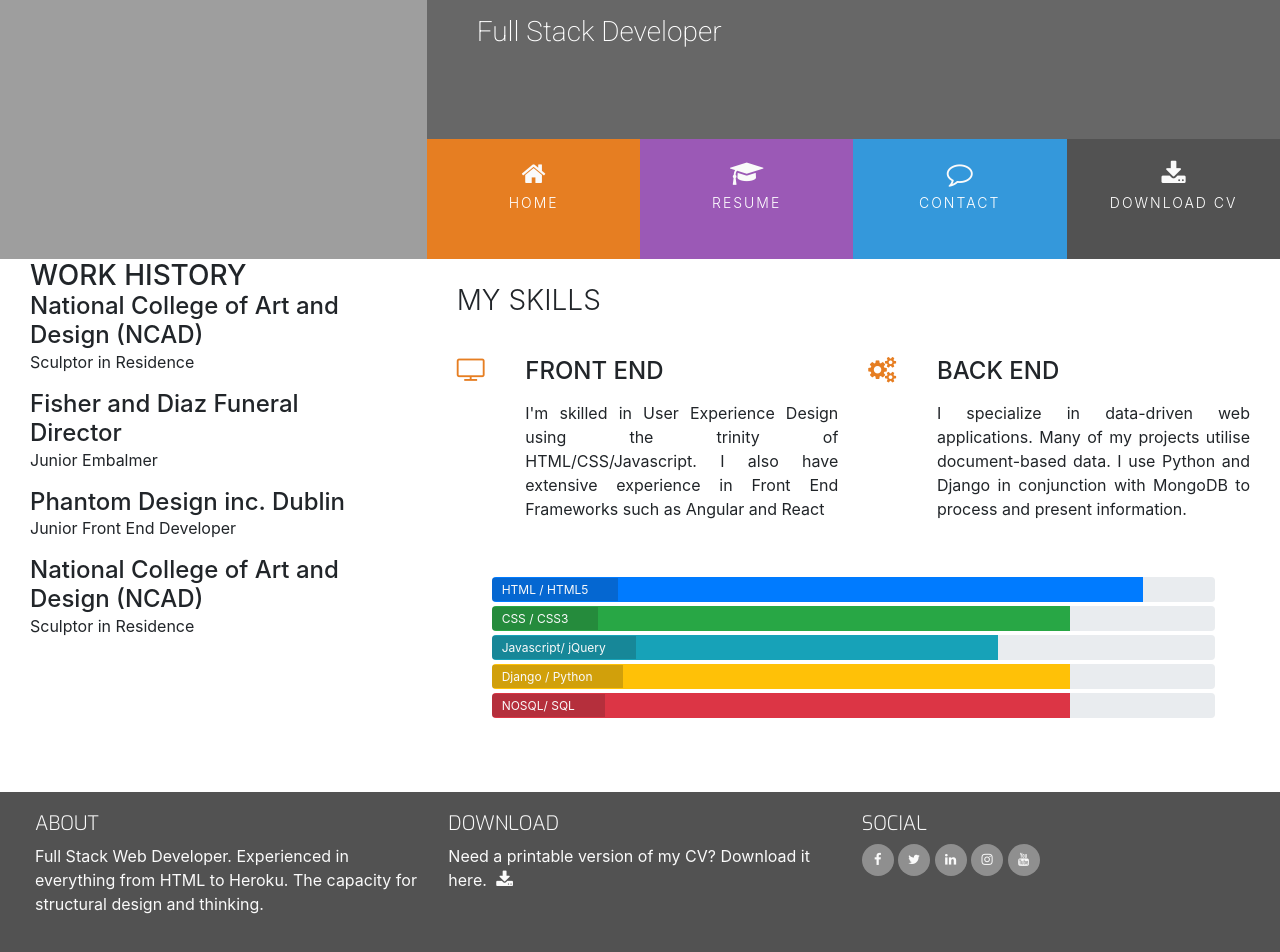
Repository: SimonGeorgeNZ/UCD-Resume
Page: resume.html
The author's editor kept a record of every edit. The page is drawn from the files as they stood at one moment, then again after the next edit.
The browser window is 1280 px wide. The pictures show the part of the page from y = 110 to 1062 px (the page is 1062 px tall).
Pictures or frames that could not be fetched are drawn as grey boxes. Some web libraries are served in a nearby version.

Above is the page before.

After the next edit:
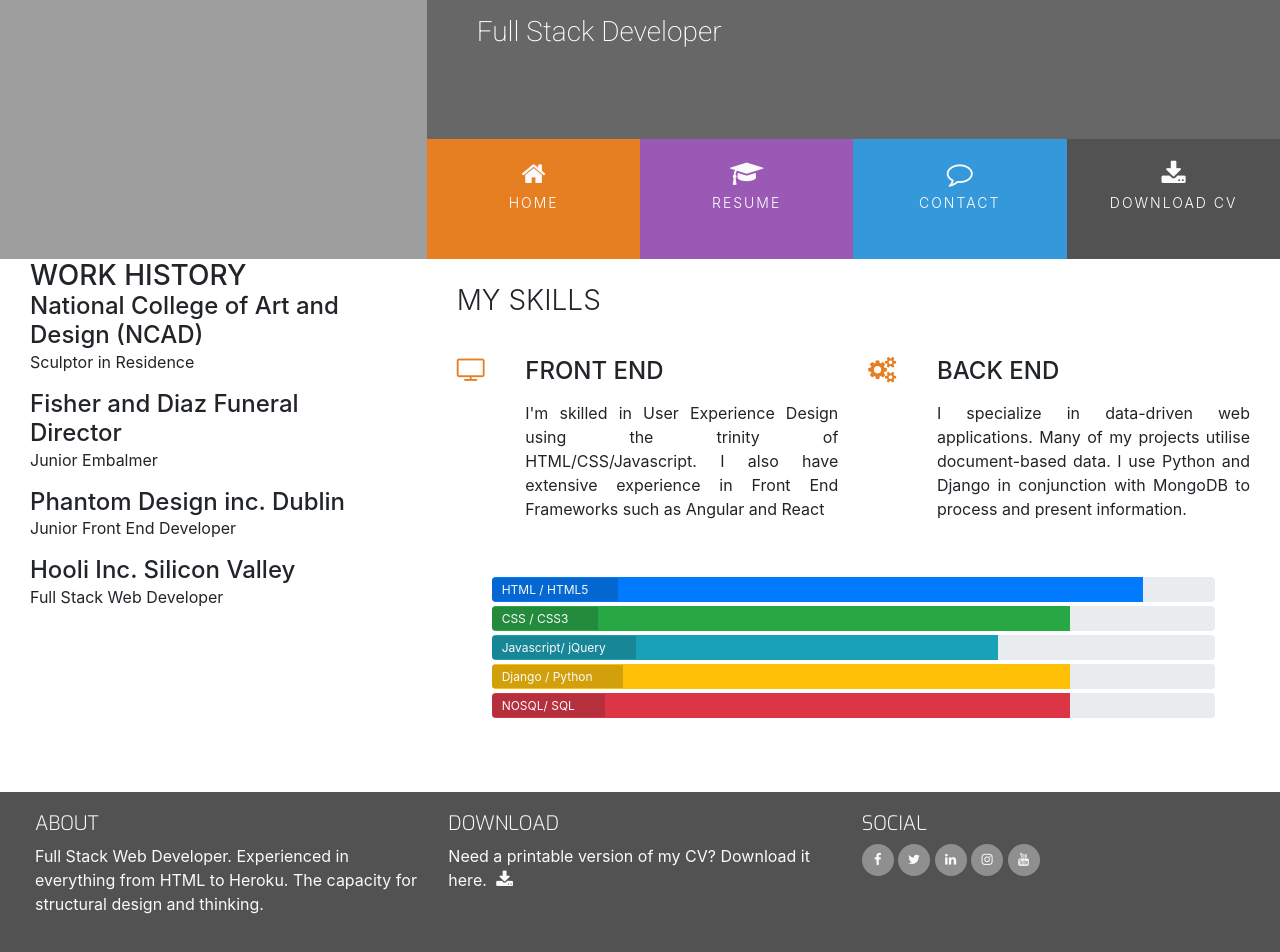
The edit:
--- a/resume.html
+++ b/resume.html
@@ -66,9 +66,9 @@
                     <h4>Phantom Design inc. Dublin</h4>
                     <p>Junior Front End Developer</p>
                 </div>
-                <div class="timeline-item" data-dates="02/1998 - 04/2004">
-                    <h4>National College of Art and Design (NCAD)</h4>
-                    <p>Sculptor in Residence</p>
+                <div class="timeline-item" data-dates="06/2011 - Present">
+                    <h4>Hooli Inc. Silicon Valley</h4>
+                    <p>Full Stack Web Developer</p>
                 </div>
             </div>
             <div class="col-md-8 bg-color-three-reasons section-column">
